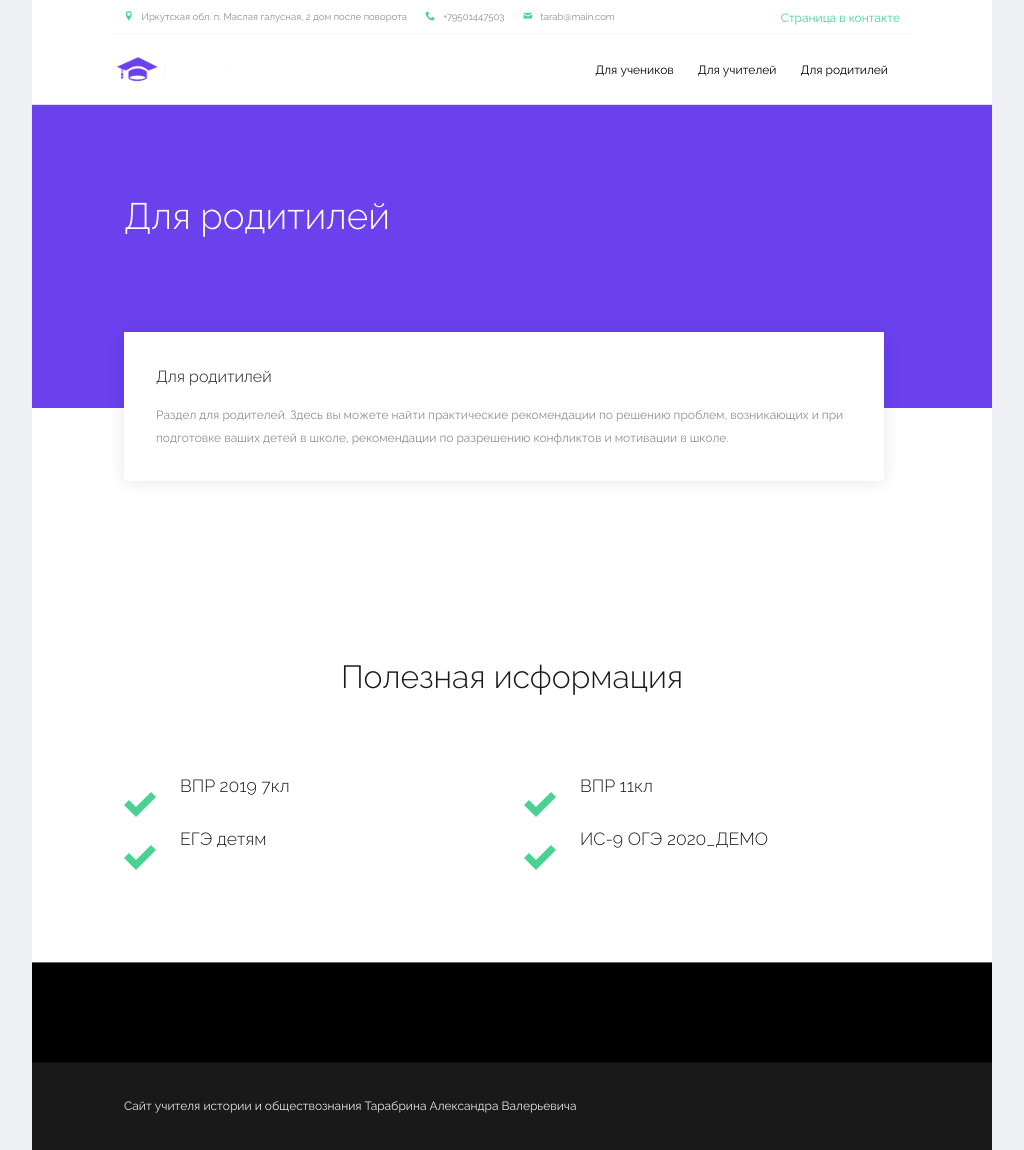
Repository: tarabrin-aleksander/tarabrin-aleksander
Page: parent.html
The author's editor kept a copy of each file at every save. The page is drawn from the files as they stood at one save, then again after the next save.
The browser window is 1280 px wide. The pictures show the whole page, at 80% of full size.

Above is the page before, as saved 2020-01-24 15:03:17.

After the next save:
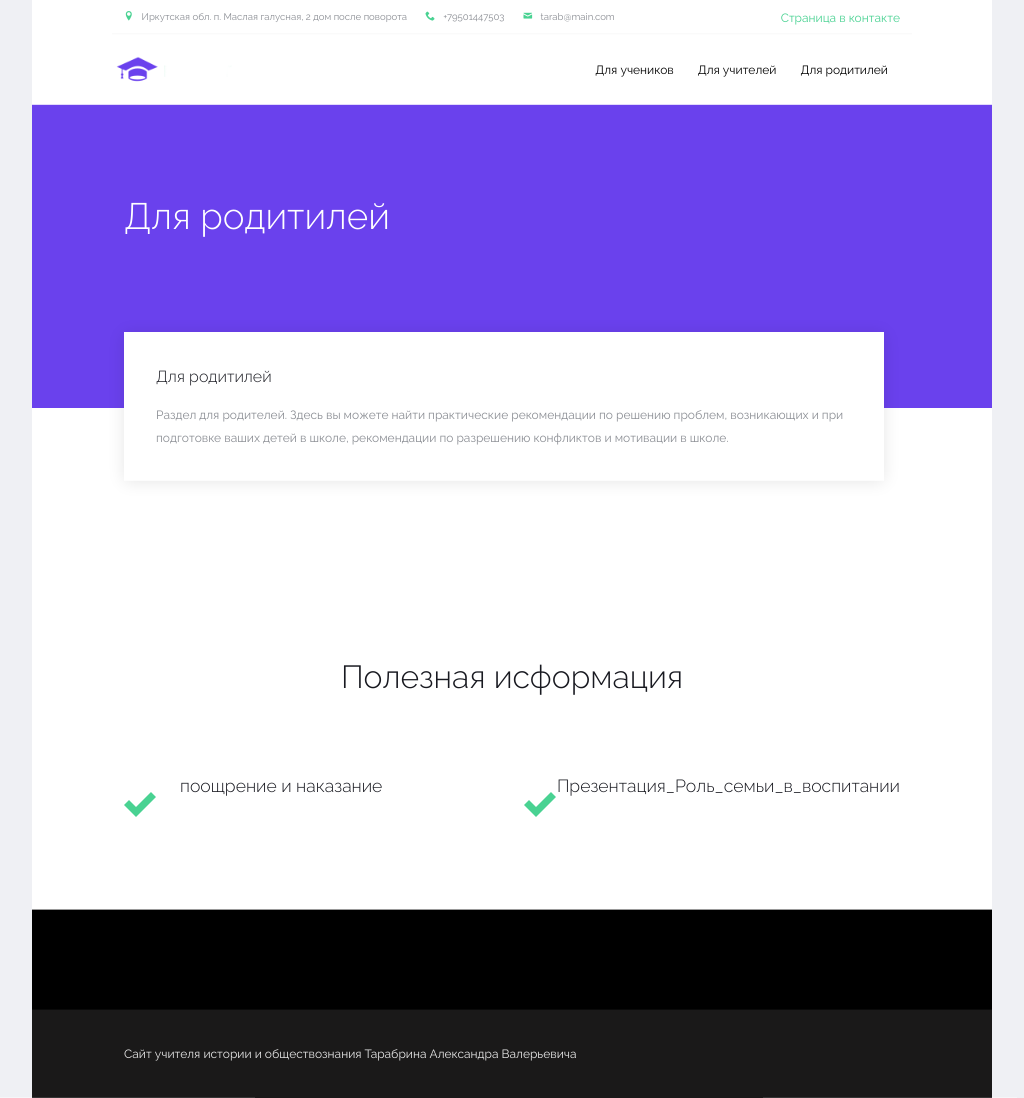
Saved 50 s later.
--- a/parent.html
+++ b/parent.html
@@ -97,30 +97,18 @@
           </div>
           <div class="row">
             <div class="col-md-6">
-              <a href="pdf/pupil/vpr-2019-obs-7kl-obrazets (2).pdf" class="service left-icon probootstrap-animate">
+              <a href="pdf/parent/поощрение и наказание.ppt" class="service left-icon probootstrap-animate">
                 <div class="icon"><i class="icon-checkmark"></i></div>
                 <div class="text">
-                  <h3>ВПР 2019 7кл</h3>
-                </div>
-              </a>
-              <a href="pdf/pupil/егэ детям.pdf" class="service left-icon probootstrap-animate">
-                <div class="icon"><i class="icon-checkmark"></i></div>
-                <div class="text">
-                  <h3>ЕГЭ детям</h3>
+                  <h3>поощрение и наказание</h3>
                 </div>
               </a>
             </div>
             <div class="col-md-6">
-              <a href="pdf/pupil/впр 11 кл.pdf" class="service left-icon probootstrap-animate">
+              <a href="pdf/parent/Презентация_Роль_семьи_в_воспитании.pptx" class="service left-icon probootstrap-animate">
                 <div class="icon"><i class="icon-checkmark"></i></div>
                 <div class="text">
-                  <h3>ВПР 11кл</h3>
-                </div>
-              </a>
-              <a href="pdf/pupil/ИС-9 ОГЭ 2020_ДЕМО.pdf" class="service left-icon probootstrap-animate">
-                <div class="icon"><i class="icon-checkmark"></i></div>
-                <div class="text">
-                  <h3>ИС-9 ОГЭ 2020_ДЕМО</h3>
+                  <h3>Презентация_Роль_семьи_в_воспитании</h3>
                 </div>
               </a>
             </div>
